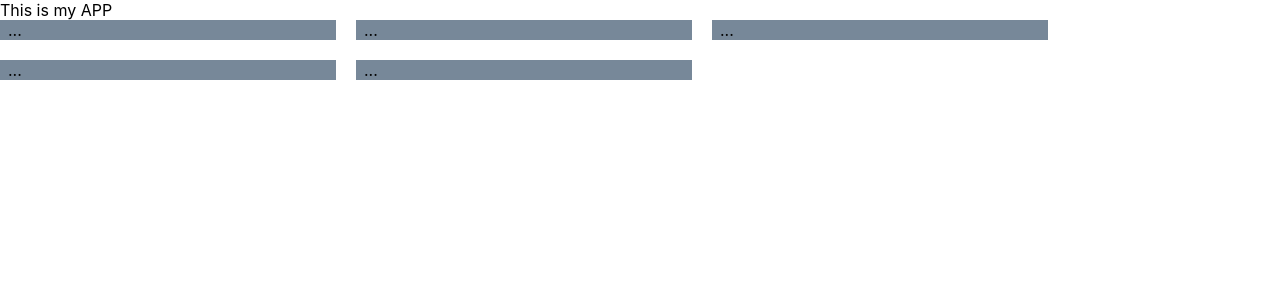
Repository: vnevescode/ui-components-react
Page: /
The author's editor kept a copy of each file at every save. The page is drawn from the files as they stood at one save, then again after the next save.
The browser window is 1280 px wide. The pictures show the whole page.
The project was rebuilt for these pictures with package versions that can differ from the ones it lists, and the page was loaded fresh each time.

Above is the page before, as saved 2022-06-09 22:20:31.

After the next save:
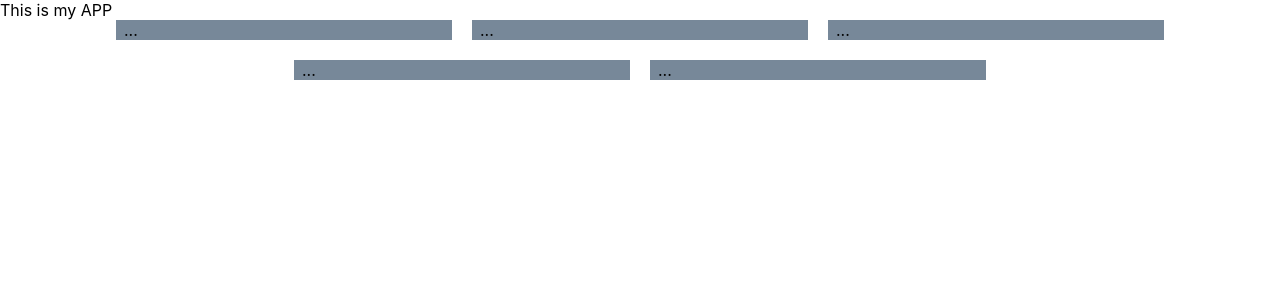
Saved 5 s later.
--- a/src/components/Cards/Cards.style.css
+++ b/src/components/Cards/Cards.style.css
@@ -2,7 +2,7 @@
 .cards{
     display: flex;
     /* flex-direction: column; */
-    justify-content: flex-start;
+    justify-content: center;
     flex-wrap: wrap;
     gap: 20px;
     width: 100%;
